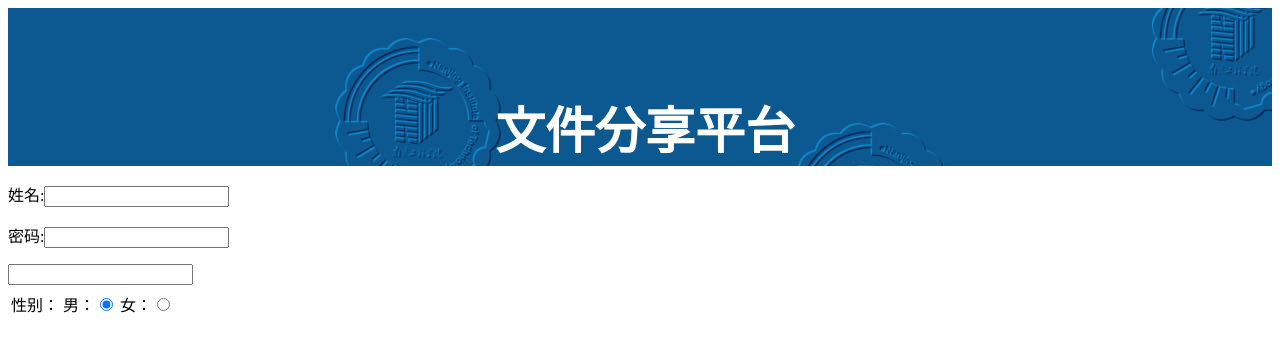
Repository: shunchensaber/Javaweb
Page: http://localhost/Web/Register.jsp
An editor plug-in stored every save of this project. The page is shown before and after the next save, followed by the edit.
The browser window is 1280 px wide. The pictures show the whole page.
The page is served by Tomcat 9.

Above is the page before, as saved 2019-03-26 15:21:34.

### Web/WebContent/Register.jsp
<%@ page language="java" contentType="text/html; charset=UTF-8"
    pageEncoding="UTF-8"%>
<!DOCTYPE html>
<html>
<head>
<meta charset="ISO-8859-1">
<style type="text/css">
p.a
{
	font-size: 50px;
	color: white;
	font-family: fantasy;
}</style>
<title>注册信息</title>
</head>
<body>
<table style="background-image: url('image/header_bg.jpg');width: 100%">
<tr>
<th><!--  <img src="./image/logo.png" style="padding-left: 150px">--></th>
	<th >
	<p class="a" style="padding-top: 30px;padding-bottom: 0px;margin-bottom: 0px">
	<font face="华文云彩">文件分享平台</font>
	</th>
	</table>
	<table>
	<form action="">
	<tr>
	<p>姓名:<input type="text" name="userid" ></p>
	</tr>
	<tr>
	<p>密码:<input type="password" name="userpass"></p>
	</tr>
	<tr>
	<td>
	性别：
	男：<input type="radio" name="sex" value="male" checked="checked"></td>
	<td>女：<input type="radio" name="sex" value="female"></td>
	</tr>
	<tr><input type="datetime" name="birthdate"></tr>


	</form>
	</table>

</body>
</html>

After the next save:
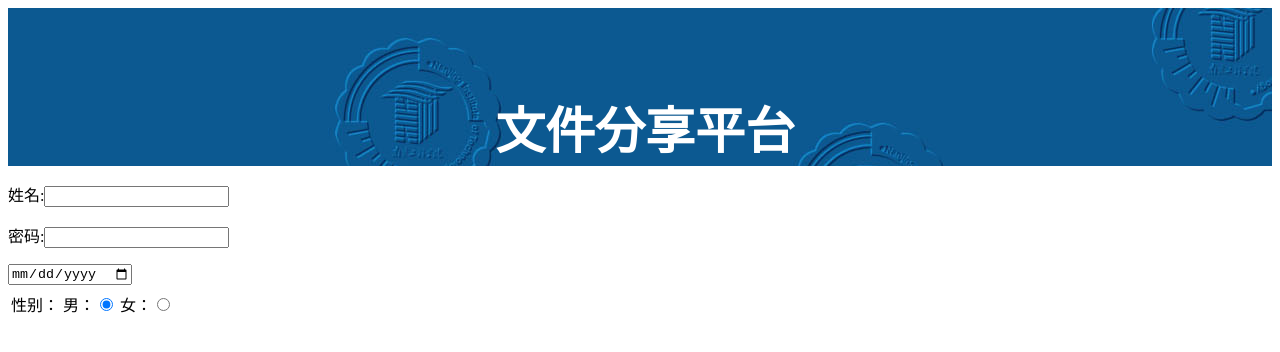
Saved 54 s later.
--- a/Web/WebContent/Register.jsp
+++ b/Web/WebContent/Register.jsp
@@ -36,7 +36,7 @@ p.a
 	男：<input type="radio" name="sex" value="male" checked="checked"></td>
 	<td>女：<input type="radio" name="sex" value="female"></td>
 	</tr>
-	<tr><input type="datetime" name="birthdate"></tr>
+	<tr><input type="date" name="birthdate"></tr>
 
 
 	</form>
